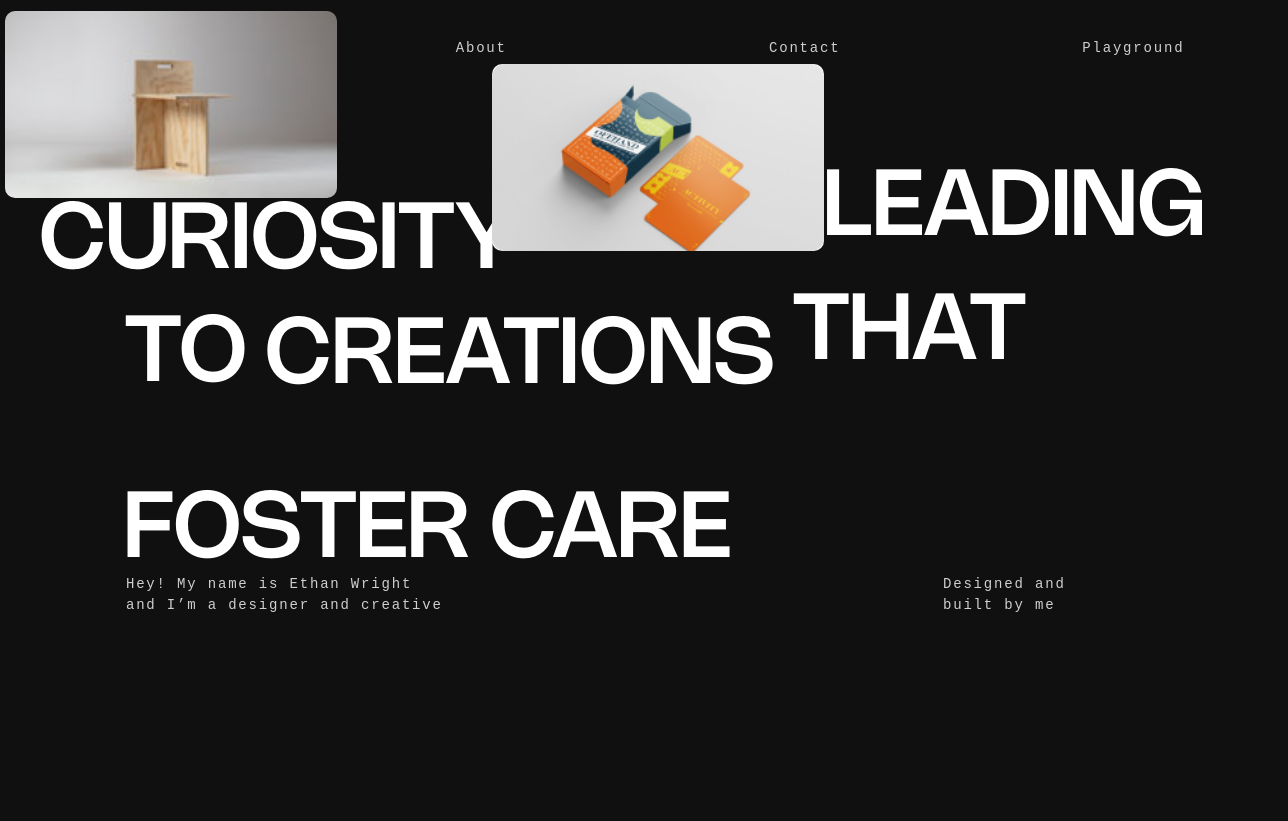
Repository: theethanwright/ethan_wright_portfolio
Page: home.html
An editor plug-in stored every save of this project. The page is shown before and after the next save, followed by the edit.
The browser window is 1280 px wide. The page is 1288 px wide, so the pictures cover 1288 px, including what lies to the right of the window. The pictures show the whole page.
Some web libraries are served in a nearby version.

Above is the page before, as saved 2023-12-24 13:30:34.

### home.html
<!DOCTYPE html>
<html lang="en">
<head>
    <meta charset="UTF-8">
    <meta name="viewport" content="width=device-width, initial-scale=1.0">
    <script defer src="node_modules/matter-js/build/matter.min.js"></script>
    <script defer src="app.js"></script>
    <link rel="stylesheet" href="style.css">
    <title>Home</title>
</head>
<body>
    <div class="container">
        <div class="logo">
            <svg xmlns="http://www.w3.org/2000/svg" width="16" height="17" viewBox="0 0 16 17" fill="none">
                <path d="M14.3673 0H3.61693C1.61938 0 0 1.6756 0 3.74249C0 5.80938 1.61938 7.48498 3.61693 7.48498H9.1428C12.5831 7.48498 15.372 4.59931 15.372 1.03958C15.372 0.46542 14.9221 0 14.3673 0Z" fill="white"/>
                <path d="M9.1428 8.72827H3.61693C1.61938 8.72827 0 10.4039 0 12.4708C0 14.5377 1.61938 16.2133 3.61693 16.2133H14.3673C14.9221 16.2133 15.372 15.7478 15.372 15.1737C15.372 11.6139 12.5831 8.72827 9.1428 8.72827Z" fill="white"/>
            </svg>
            <svg xmlns="http://www.w3.org/2000/svg" width="17" height="17" viewBox="0 0 17 17" fill="none">
                <path d="M1.63275 0C1.07786 0 0.628052 0.46542 0.628052 1.03958V12.8729C0.628052 14.9398 2.24743 16.6154 4.24498 16.6154C6.24253 16.6154 7.86191 14.9398 7.86191 12.8729V6.4454C7.86191 2.88567 5.07306 0 1.63275 0Z" fill="white"/>
                <path d="M15.2936 0C11.8532 0 9.06439 2.88567 9.06439 6.4454V12.8729C9.06439 14.9398 10.6838 16.6154 12.6813 16.6154C14.6789 16.6154 16.2983 14.9398 16.2983 12.8729V1.03958C16.2983 0.46542 15.8484 0 15.2936 0Z" fill="white"/>
            </svg>
        </div>
        <p>Work</p>
        <p>About</p>
        <p>Contact</p>
        <p>Playground</p>
    </div>
    <div class="text">CURIOSITY LEADING TO CREATIONS THAT FOSTER CARE </div>
    <img src="public/images/2.jpg" alt="" class="image" draggable="false">
    <img src="public/images/1.jpg" alt="" class="image" draggable="false">
    <div class="intro"><p>Hey! My name is Ethan Wright and I’m a designer and creative</p></div>
    <div class="fun-fact"><p>Designed and built by me</p></div>
</body>
</html>

### app.js
const canvasSize = {
    width: window.innerWidth,
    height: window.innerHeight
  };

  const lineHeight = (window.innerWidth * 8.5) / 100;
  const displayPaddingLeft = (window.innerWidth * 9.838) / 100;
  const displayPaddingTop = (window.innerHeight * 23.903) / 100;

  const spaceBetweenWords = 20;

  const splitWords = () => {
    const textNode = document.querySelector(".text");
    const text = textNode.textContent.trim(); // Remove leading/trailing whitespace
    const words = text.split(" ");
    const lines = [
      ["CURIOSITY", "LEADING"],
      ["TO", "CREATIONS", "THAT"],
      ["FOSTER", "CARE"]
    ];

    const lineDivs = lines.map((lineWords) => {
      const spanElements = lineWords.map((word) => {
        return `<span class="word">${word}</span>`;
      });
      return `<div class="line">${spanElements.join("")}</div>`;
    });

    textNode.innerHTML = lineDivs.join("");
  };

  splitWords();

const renderCanvas = () => {
  const Engine = Matter.Engine;
  const Render = Matter.Render;
  const World = Matter.World;
  const Body = Matter.Body;
  const Events = Matter.Events;
  const Bodies = Matter.Bodies;
  const Runner = Matter.Runner;
  const Composite = Matter.Composite;
  const params = {
    isStatic: true,
    render: {
      fillStyle: "transparent"
    }
  };

  const engine = Engine.create({});

  const render = Render.create({
    element: document.body,
    engine: engine,
    options: {
      ...canvasSize,
      background: "transparent",
      wireframes: false,
    }
  });

  // walls and other configurations remain the same...
  Composite.add(engine.world, [
      // walls
      Bodies.rectangle(
          canvasSize.width / 2,
          canvasSize.height,
          canvasSize.width,
          50,
          params,
     { isStatic: true }),
      Bodies.rectangle(
          0,
          canvasSize.height / 2,
          50,
          canvasSize.height,
          params,
           { isStatic: true }),
      Bodies.rectangle(
          canvasSize.width,
          canvasSize.height / 2,
          50,
          canvasSize.height,
          params,
           { isStatic: true }),
      Bodies.rectangle(
          canvasSize.width / 2,
          0,
          canvasSize.width,
          50,
          params,
           { isStatic: true })
  ]);

const imageBodies = [];
const imageElements = document.querySelectorAll(".image");

var lastTime = 0,
scaleRate = 3.5;

imageElements.forEach((imageElem) => {
    const randomLeft = Math.floor(Math.random() * window.innerWidth);
    const randomTop = Math.floor(Math.random() * window.innerHeight);
    const iBody = Bodies.rectangle(
        randomLeft,
        randomTop,
        9,
        5,
      {
        render: { fillStyle: "transparent" }
      }
     );

     Events.on(engine, 'beforeUpdate', function(event) {
        var timeScale = (event.delta || (1000 / 60)) / 1000;

        if (scaleRate > 0) {
            Body.scale(iBody, 1 + (scaleRate * timeScale), 1 + (scaleRate * timeScale));
        }

        if (engine.timing.timestamp - lastTime >= 1000) {

            // stop scaling
            scaleRate = 0;

            // update last time
            lastTime = engine.timing.timestamp;
        }
    });

     imageBodies.push({ iBody, imageElem});

    });


    const wordBodies = [];
    const lineDivs = document.querySelectorAll(".line");

    let currentY = displayPaddingTop; // Starting Y-coordinate for the first line
    lineDivs.forEach((lineDiv) => {
      const wordElements = lineDiv.querySelectorAll(".word");
      let currentX = displayPaddingLeft; // Starting X-coordinate for each line

      wordElements.forEach((wordElem) => {
        const width = wordElem.offsetWidth;
        const height = wordElem.offsetHeight;

        const body = Bodies.rectangle(
          currentX + width / 2,
          currentY + height / 2,
          width,
          height,
          {
            render: { fillStyle: "transparent" }
          }
        );

        wordBodies.push({ body, elem: wordElem });

        currentX += width + spaceBetweenWords;
      });

      currentY += lineHeight; // Adjust this value for vertical spacing between lines
    });

    World.add(engine.world, [
      ...wordBodies.map((box) => box.body),
      ...imageBodies.map((box) =>box.iBody),
    ]);

  engine.gravity.y = 0;

  render.options.showCollisions

  const mouse = Matter.Mouse.create(document.body);
  const mouseConstraint = Matter.MouseConstraint.create(engine, {
    mouse,
    constraint: {
      stiffness: 0.2,
      render: {
        visible: false
      }
    }
  });
  mouse.element.removeEventListener("mousewheel", mouse.mousewheel);
  mouse.element.removeEventListener("DOMMouseScroll", mouse.mousewheel);

  World.add(engine.world, [
    ...wordBodies.map((box) => box.body),
    mouseConstraint
  ]);
  render.mouse = mouse;
  Runner.run(engine);
  Render.run(render);

  (function rerender() {
    wordBodies.forEach(({ body, elem }) => {
    const { x, y } = body.position;
    elem.style.top = `${y - elem.offsetHeight / 2}px`;
    elem.style.left = `${x - elem.offsetWidth / 2}px`;
    elem.style.transform = `rotate(${body.angle}rad)`;
});

imageBodies.forEach(({ iBody, imageElem }) => {
    const { x, y } = iBody.position;
    const iHieght = iBody.height;
    imageElem.style.top = `${y - imageElem.offsetHeight / 2}px`;
    imageElem.style.left = `${x - imageElem.offsetWidth / 2}px`;
    imageElem.style.height = `${iHieght + imageElem.offsetHeight}px`;
   // imageElem.style.width = `${imageElem.iBody.width}px`;
    imageElem.style.transform = `rotate(${iBody.angle}rad)`;
  });

Matter.Engine.update(engine);
requestAnimationFrame(rerender);
})();

};

window.addEventListener("resize", () => {
  // Update canvasSize when the window is resized
  canvasSize.width = window.innerWidth;
  canvasSize.height = window.innerHeight;

  // Rerender canvas with the updated size
  renderCanvas();
});

window.addEventListener("DOMContentLoaded", (event) => {
  splitWords();
  renderCanvas();
});

### style.css
@font-face {
    font-family: "Nohemi";
    src: url(public/fonts/Nohemi-Medium.woff2);
  }

@import url('https://fonts.googleapis.com/css2?family=IBM+Plex+Mono&display=swap');

p {
    color: rgba(255, 255, 255, 0.80);
    font-family: 'IBM Plex Mono', monospace;
    font-size: 14px;
    font-style: normal;
    font-weight: 400;
    line-height: 150%; /* 21px */
    letter-spacing: 1.82px;
}

  body {
    display: block;
    overflow: hidden;
    background: #101010;
  }

.container {
    padding: 16px 30px;
    display: grid;
    margin: 0;
    grid-template-columns: repeat(12, 6.771vw);
    gap: 1.389vw;
}

.word {
    position: absolute;
    transform-origin: 50% 50%;
    cursor: grab;
    user-select: none;
    font-family: "Nohemi";
    color: #fff;
    font-size: 7.176vw;
    margin-right: 10px;
    line-height: auto;
  }

.logo {
    grid-column-start: 1;
    display: flex;
    width: 34px;
    height: 16px;
    justify-content: center;
    align-items: center;
    gap: 3.256px;
    justify-self: start;
    align-self: center;
  }

  p:nth-child(2) {
    grid-column-start: 2;
    justify-self: start;
    align-self: center;
  }

  p:nth-child(3) {
    grid-column-start: 5;
    justify-self: start;
    align-self: center;
  }

  p:nth-child(4) {
    grid-column-start: 8;
    justify-self: start;
    align-self: center;
  }

  p:nth-child(5) {
    grid-column-start: 11;
    justify-self: start;
    align-self: center;
  }

  .intro {
    position: absolute;
    top: 77.798vh;
    left: 9.838vw;
    width: 320px;
  }

  .fun-fact {
    position: absolute;
    top: 77.798vh;
    left: 73.669vw;
    width: 143px;
    height: 42px;
  }

  .image {
    width: 200px;
    height: 112px;
    position: absolute;
    width: 332px;
    height: 187px;
    flex-shrink: 0;

    border-radius: 10px;
  }

After the next save:
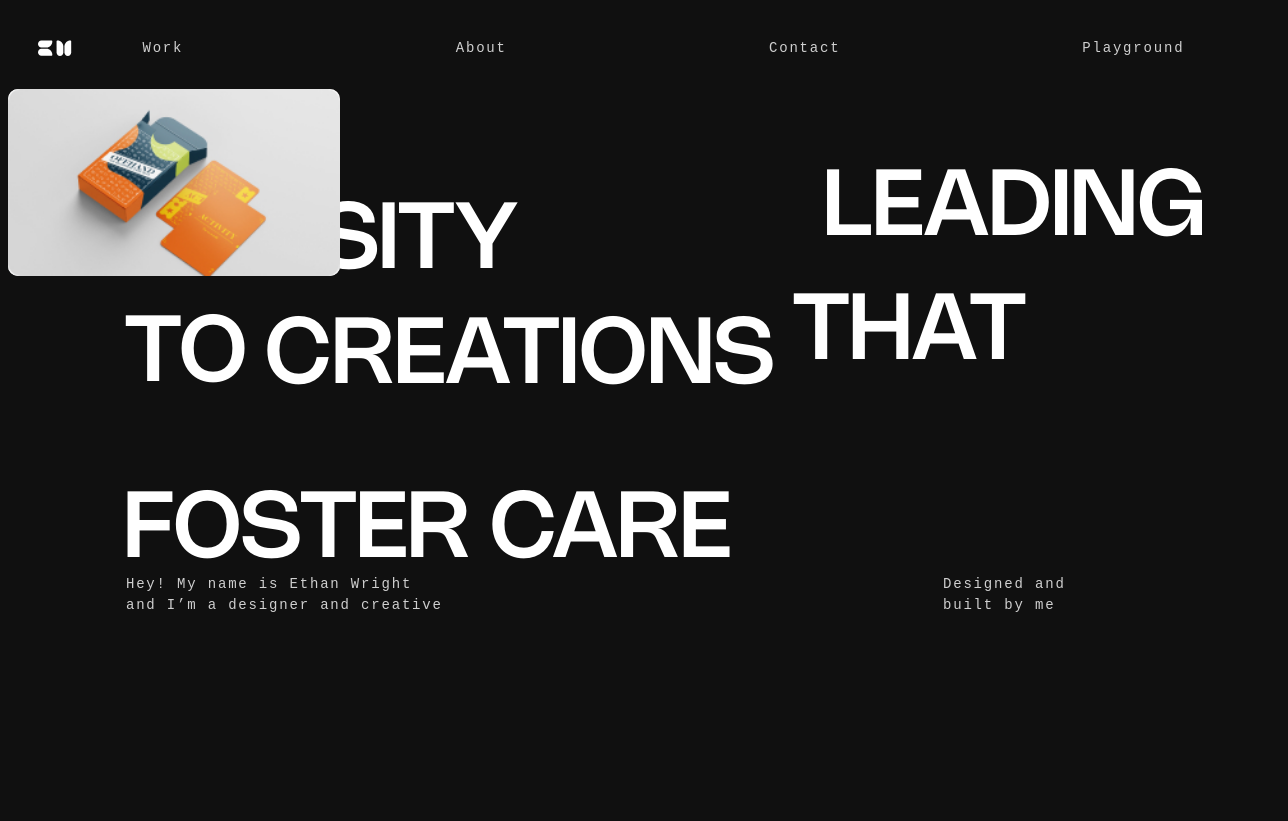
Saved 3 min 29 s later.
--- a/app.js
+++ b/app.js
@@ -202,13 +202,12 @@
 });
 
 imageBodies.forEach(({ iBody, imageElem }) => {
-    const { x, y } = iBody.position;
-    const iHieght = iBody.height;
-    imageElem.style.top = `${y - imageElem.offsetHeight / 2}px`;
-    imageElem.style.left = `${x - imageElem.offsetWidth / 2}px`;
-    imageElem.style.height = `${iHieght + imageElem.offsetHeight}px`;
-   // imageElem.style.width = `${imageElem.iBody.width}px`;
-    imageElem.style.transform = `rotate(${iBody.angle}rad)`;
+  const { x, y, width, height } = iBody.bounds; // Assuming bounds contains width and height
+  imageElem.style.top = `${y - height / 2}px`;
+  imageElem.style.left = `${x - width / 2}px`;
+  imageElem.style.width = `${width}px`;
+  imageElem.style.height = `${height}px`;
+  imageElem.style.transform = `rotate(${iBody.angle}rad)`;
   });
 
 Matter.Engine.update(engine);

After the 3 saves that followed:
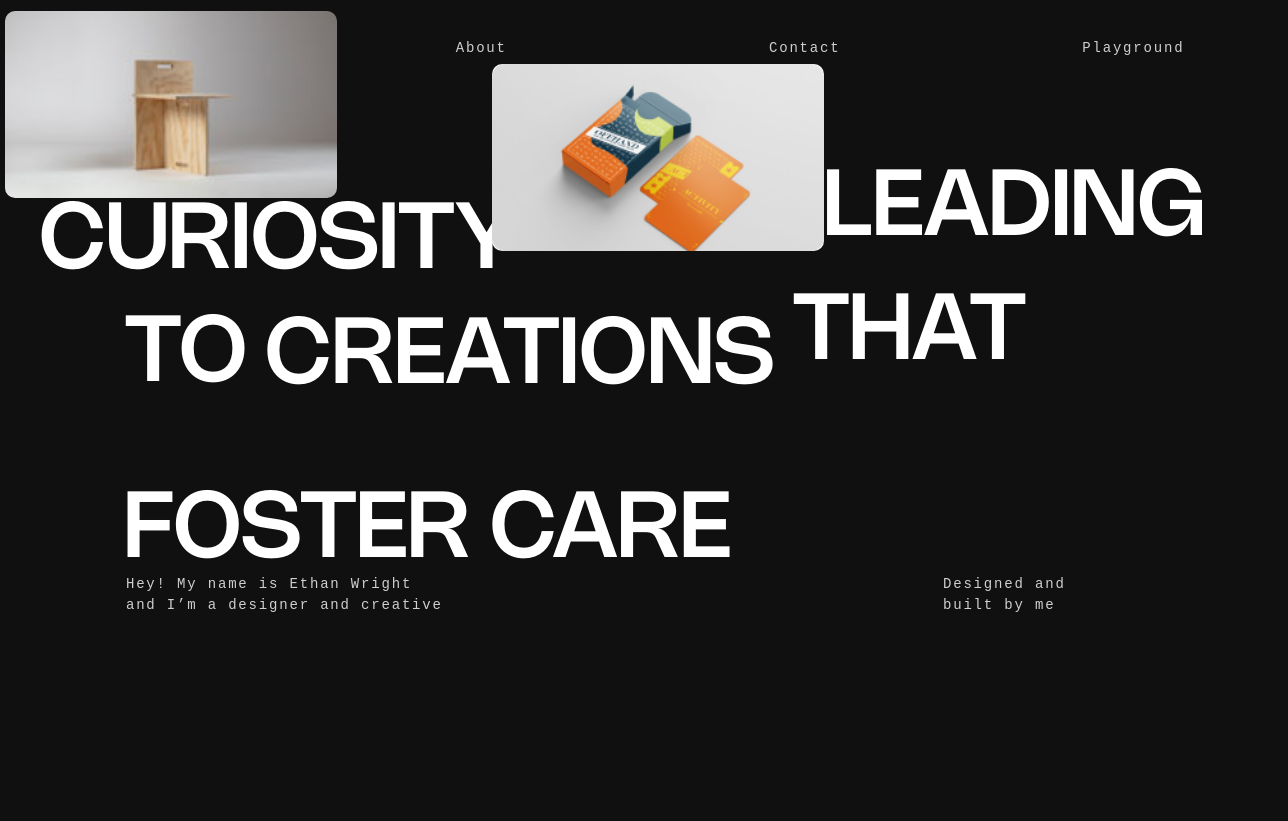
The 3 saves are shown as one change because 2 left the picture as it was.
The last was saved 2 min 46 s later.
--- a/app.js
+++ b/app.js
@@ -202,12 +202,13 @@
 });
 
 imageBodies.forEach(({ iBody, imageElem }) => {
-  const { x, y, width, height } = iBody.bounds; // Assuming bounds contains width and height
-  imageElem.style.top = `${y - height / 2}px`;
-  imageElem.style.left = `${x - width / 2}px`;
-  imageElem.style.width = `${width}px`;
-  imageElem.style.height = `${height}px`;
-  imageElem.style.transform = `rotate(${iBody.angle}rad)`;
+    const { x, y } = iBody.position;
+    const { width, height } = iBody.bounds;
+    imageElem.style.top = `${y - imageElem.offsetHeight / 2}px`;
+    imageElem.style.left = `${x - imageElem.offsetWidth / 2}px`;
+    imageElem.style.width = `${width}px`;
+    imageElem.style.height = `${height}px`;
+    imageElem.style.transform = `rotate(${iBody.angle}rad)`;
   });
 
 Matter.Engine.update(engine);
